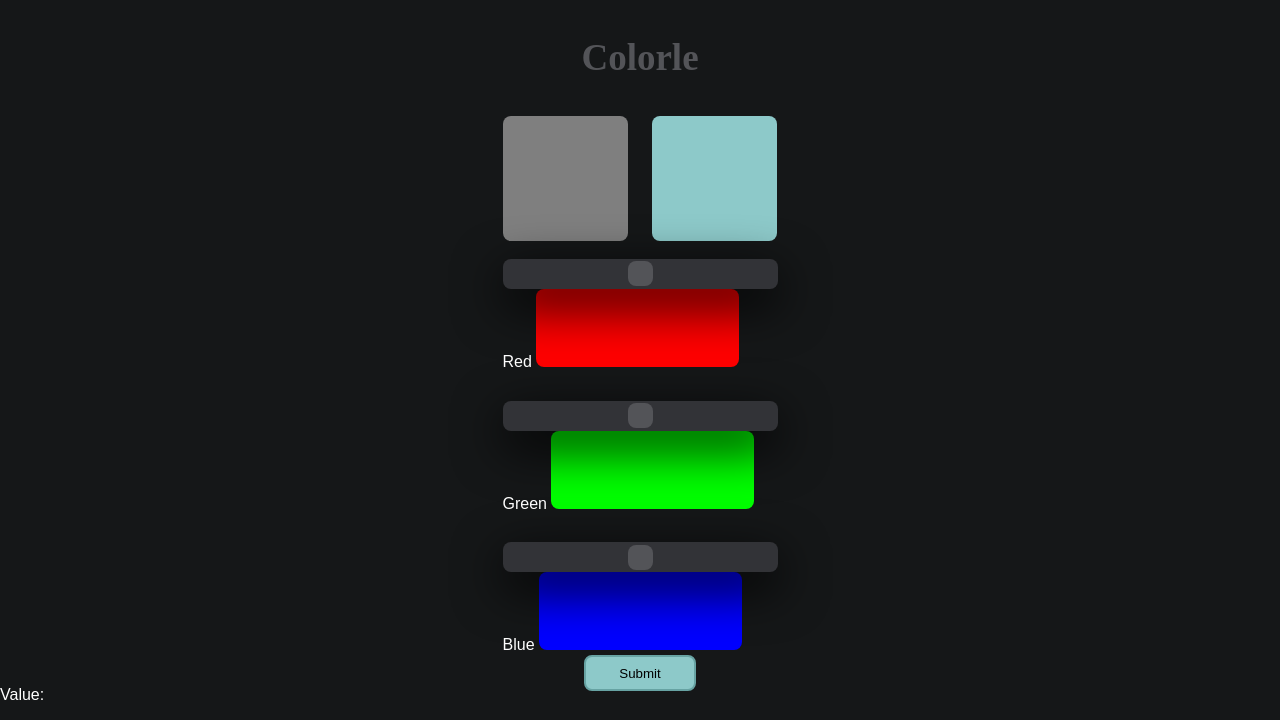
Repository: Artem-Melnik/Colorle
Page: index.html
These files come from the project's save history. The page is drawn as it stood at one moment and after the next save; the edit follows.
The browser window is 1280 px wide. The pictures show the whole page.

Above is the page before, as saved 2022-05-12 19:55:54.

### index.html
<!-- TODO: Change text/icon color -->
<!-- TODO: Represent guess correctness using Linear-style icons -->
<!-- TODO: Replace Colorle text logo with SVG/image due to font problems -->
<!-- TODO: Add textboxes where player can enter exact RGB values -->
<!DOCTYPE html>
<html>
  <head>
    <title>Parcel Sandbox</title>
    <link rel="stylesheet" href="styles.css">
    <meta charset="UTF-8" />
    <meta name="viewport" content="width=device-width" />
  </head>

  <script
    src="https://ajax.googleapis.com/ajax/libs/jquery/3.6.0/jquery.min.js"
    type="text/javascript"
  ></script>
  <script
    src="https://ajax.googleapis.com/ajax/libs/jqueryui/1.13.1/jquery-ui.min.js"
    type="text/javascript"
  ></script>
  <script src="https://unpkg.com/feather-icons"></script>
  <script>
      feather.replace();
    </script>
  <script type="module" src="index.js" type="text/javascript"></script>

  <body>
    <div id="app"></div>
    <div class="topBar">
      <p id="title">Colorle</p>
      <p>
        <button type="button" id="themeToggle">
          <i id="themeIcon" data-feather="sun"></i>
        </button>
      </p>
    </div>

    <div id="topColors">
      <div id="previewAll"></div>
      <div id="correctColor"></div>
    </div>
    <div id="redContainer">
      <input
        type="range"
        min="0"
        max="255"
        value="128"
        class="slider"
        id="sliderRed"
      />
      <p class="currentColor" id="currentRed">Red <span></span></p>
      <div id="previewRed"></div>
    </div>
    <div id="greenContainer">
      <input
        type="range"
        min="0"
        max="255"
        value="128"
        class="slider"
        id="sliderGreen"
      />
      <p class="currentColor" id="currentGreen">Green <span></span></p>
      <div id="previewGreen"></div>
    </div>
    <div id="blueContainer">
      <input
        type="range"
        min="0"
        max="255"
        value="128"
        class="slider"
        id="sliderBlue"
      />
      <p class="currentColor" id="currentBlue">Blue <span></span></p>
      <div id="previewBlue"></div>
    </div>
    <div class="guessText">
      <p>Value: <span id="guessColor"></span></p>
    </div>
    <div class="buttonContainer">
      <button type="button" id="submitButton">Submit</button>
    </div>
  </body>
</html>

### styles.css
body {
  font-family: sans-serif;
  margin: 0;
  background: #151718;
  color: #ffffff;
}

.lightTheme {
  background: #ffffff;
  color: #151718;
}

/* Changes the correctColor gradient to dark/black */
/* .correctColorDark {
  background-image: linear-gradient(
    to bottom,
    rgba(0, 0, 0, 0),
    rgba(0, 0, 0, 1) 100%
  ) !important;
} */

#themeToggle {
  width: 25px;
  height: 25px;
  position: absolute;
  right: 15px;
  top: 15px;
  color: grey;
  background: none;
  border: none;
}

#themeIcon {
  color: grey;
  width: 25px;
  height: 25px;
  transform: scale(1);
  transition: all 0.5s;
}

#themeIcon.animate {
  color: grey;
  transform: scale(0);
}

.transform-active {
  /* background-color: blue;
  animation-name: darkToLight;
  animation-duration: 1s; */
  color: #151718;
}

.transform {
  -webkit-transition: all 2s ease;
  -moz-transition: all 2s ease;
  -o-transition: all 2s ease;
  -ms-transition: all 2s ease;
  transition: all 2s ease;
}

/* @keyframes darkTolight {
  0% {
    color: #ffffff;
  }
  100% {
    color: #151718;
  }
} */

#title {
  justify-content: center;
  font-family: "Asap";
  font-style: normal;
  font-weight: 700;
  font-size: 37px;
  line-height: 42px;
  display: flex;
  align-items: center;
  text-align: center;
  color: #535458;
}

/* #previewId {
  width: 100px;
  height: 100px;
  background-color: var(color);
  border: solid black;
} */

/* correctColor gradient */
/* #correctColor {
  position: absolute;
  top: 0px;
  width: 100%;
  height: 25%;
  background-color: var(color);
  margin: auto;
  background-image: linear-gradient(
    to bottom,
    rgba(255, 255, 255, 0),
    rgba(255, 255, 255, 1) 100%
  );
  z-index: -1;
} */

#topColors {
  width: 275px;
  margin: auto;
}

#correctColor {
  display: inline-block;
  position: relative;
  width: 125px;
  height: 125px;
  border-radius: 8px;
  margin-left: 10px;
}

#previewAll {
  background-color: rgb(127, 127, 127);
  display: inline-block;
  position: relative;
  width: 125px;
  height: 125px;
  border-radius: 8px;
  order: 1;
  margin-right: 10px;
}

#redContainer,
#greenContainer,
#blueContainer {
  display: auto;
  justify-content: center;
  margin: auto;
  width: 275px;
}

#sliderRed,
#sliderGreen,
#sliderBlue {
  display: block;
  -webkit-appearance: none;
  -moz-appearance: none;
  appearance: none;
  background: #323337;
  width: 275px;
  height: 30px;
  top: 100px;
  border-radius: 8px;
  margin: auto;
  margin-top: 5%;
  filter: drop-shadow(0px 15px 25px #000000);
}

#sliderRed::-webkit-slider-thumb,
#sliderGreen::-webkit-slider-thumb,
#sliderBlue::-webkit-slider-thumb {
  -webkit-appearance: none;
  appearance: none;
  width: 25px;
  height: 25px;
  background: #535458;
  cursor: pointer;
  border-radius: 8px;
}

#currentRed,
#currentGreen,
#currentBlue {
  display: inline-block;
}

#previewRed,
#previewGreen,
#previewBlue {
  display: inline-block;
  position: relative;
  width: 203px;
  height: 78px;
  /* background-color: var(color); */
  /* border: solid black; */
  border-radius: 8px;
  margin: auto;
  z-index: -1;
}

#previewRed {
  background-color: rgb(255, 0, 0);
}

#previewGreen {
  background-color: rgb(0, 255, 0);
}

#previewBlue {
  background-color: rgb(0, 0, 255);
}

.buttonContainer {
  display: flex;
  justify-content: center;
}

#submitButton {
  position: fixed;
  width: 112px;
  height: 36px;
  bottom: 4%;
  border: 2px solid;
  border-radius: 8px;
}

### index.js
// document.getElementById("sliderRange").innerHTML = `
// <div class="slidercontainer"></div>
// `;
// var root = document.querySelector(":root");
// var slider = document.getElementById("sliderRange");
// // Change "demo" to something else?
// var sliderRange = document.getElementById("demo");
// sliderRange.innerHTML = slider.value;
let correctRed = "141";
let correctGreen = "201";
let correctBlue = "201";

let red;
let green;
let blue;
// TODO: Split correctRGB into 3 seperate colors
let correctRgb =
  "rgb(" + correctRed + ", " + correctGreen + ", " + correctBlue + ")";

function changeColor() {
  red = document.getElementById("sliderRed").value;
  green = document.getElementById("sliderGreen").value;
  blue = document.getElementById("sliderBlue").value;

  document.getElementById("previewRed").style.backgroundColor =
    "rgb(" + red + ", 0, 0)";
  document.getElementById("previewGreen").style.backgroundColor =
    "rgb(0," + green + ", 0)";
  document.getElementById("previewBlue").style.backgroundColor =
    "rgb(0, 0," + blue + ")";

  document.getElementById("currentRed").textContent = red;
  document.getElementById("currentGreen").textContent = green;
  document.getElementById("currentBlue").textContent = blue;
}

// Shows guess color when submit button is clicked
// Also checks how close the guess is to the correct color
function onSubmit() {
  document.getElementById("previewAll").style.backgroundColor =
    "rgb(" + red + ", " + green + ", " + blue + ")";
  document.getElementById("guessColor").textContent =
    "rgb(" + red + ", " + green + ", " + blue + ")";

  // Check if guess is correct
  if (red === correctRed) {
    alert("Red: SS");
  }
  else if (red > correctRed - 6 && red < correctRed + 6) {
    alert("Red: S");
  } else if (red > correctRed - 12 && red < correctRed + 12) {
      alert("Red: A");
    } else if (red > correctRed - 24 && red < correctRed + 24) {
      alert("Red: B");
    }
  else if (green === correctGreen) {
    alert("Green is correct!");
  } else {
    alert("Green is incorrect!");
  }
  if (blue === correctBlue) {
    alert("Blue is correct!");
  } else {
    alert("Blue is incorrect!");
  }

  // if ("rgb(" + red + "," + green + "," + blue + ")" === "rgb(141,201,201)") {
  //   alert("Correct!");
  // }
}

$("#themeToggle").click(function () {
  $("#themeIcon").toggleClass("animate");
});

function themeSwitch() {
  document.body.classList.toggle("lightTheme");
  document.getElementById("correctColor").classList.toggle("correctColorDark");
}

document.getElementById("correctColor").style.backgroundColor = correctRgb;
document.getElementById("submitButton").style.backgroundColor = correctRgb;
document.getElementById("submitButton").style.borderColor =
  "rgb(" +
  (correctRed - 38) +
  ", " +
  (correctGreen - 38) +
  ", " +
  (correctBlue - 38) +
  ")";

document.getElementById("sliderRed").addEventListener("input", changeColor);
document.getElementById("sliderGreen").addEventListener("input", changeColor);
document.getElementById("sliderBlue").addEventListener("input", changeColor);
document.getElementById("submitButton").addEventListener("click", onSubmit);
document.getElementById("themeToggle").addEventListener("click", themeSwitch);

// Plugs in sliderRange for green in RGB
// Outputs the value of the slider
// slider.oninput = function () {
//   sliderRange.innerHTML = this.value;
//   root.style.setProperty("--green", sliderRange);
//   alert(sliderRange);
// };

After the next save:
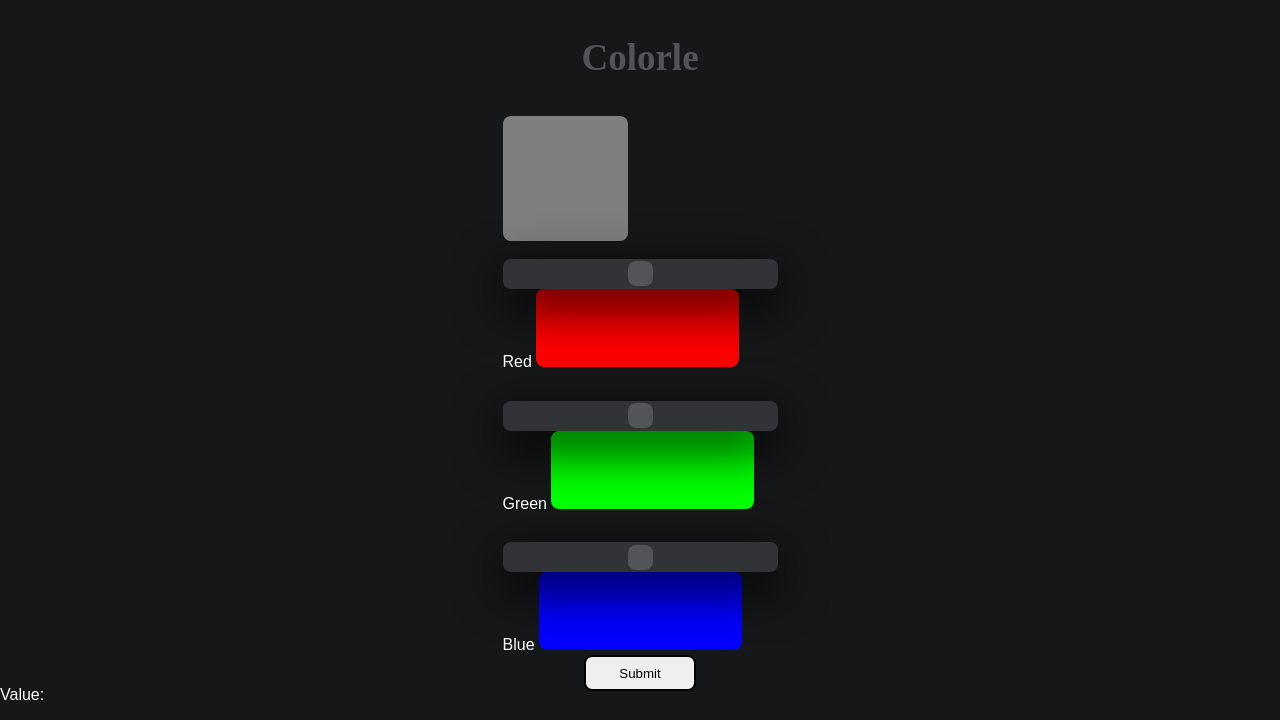
Console error: SyntaxError: Unexpected token 'else'
Saved 2 min 10 s later.
--- a/index.js
+++ b/index.js
@@ -45,13 +45,16 @@
   // Check if guess is correct
   if (red === correctRed) {
     alert("Red: SS");
-  }
-  else if (red > correctRed - 6 && red < correctRed + 6) {
-    alert("Red: S");
+  } else if (red > correctRed - 6 && red < correctRed + 6) {
+     alert("Red: S");
   } else if (red > correctRed - 12 && red < correctRed + 12) {
       alert("Red: A");
     } else if (red > correctRed - 24 && red < correctRed + 24) {
       alert("Red: B");
+    } else if (red > correctRed - 48 && red < correctRed + 48) {
+      alert("Red: C");
+    } else {
+      alert("Red: D");
     }
   else if (green === correctGreen) {
     alert("Green is correct!");

After the 3 saves that followed:
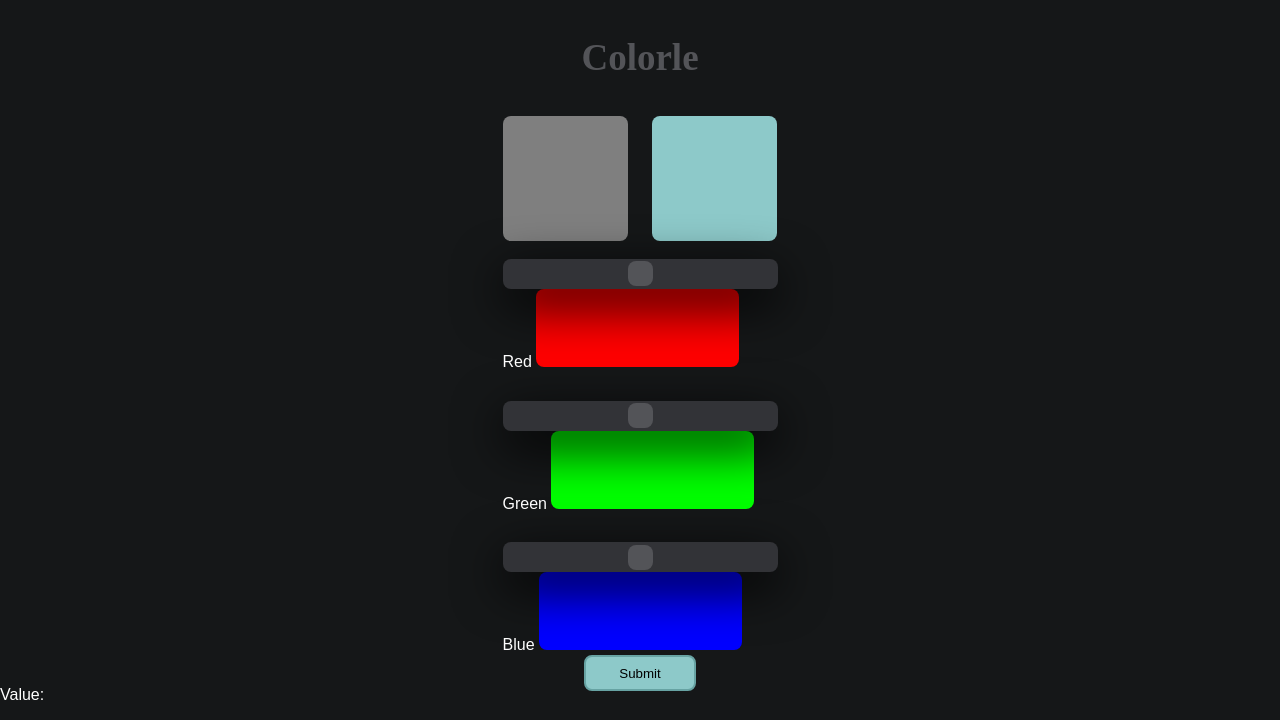
The error is gone.
The 3 saves are shown as one change because 2 left the picture as it was.
The last was saved 3 min 14 s later.
--- a/index.js
+++ b/index.js
@@ -43,24 +43,36 @@
     "rgb(" + red + ", " + green + ", " + blue + ")";
 
   // Check if guess is correct
-  if (red === correctRed) {
-    alert("Red: SS");
-  } else if (red > correctRed - 6 && red < correctRed + 6) {
-     alert("Red: S");
-  } else if (red > correctRed - 12 && red < correctRed + 12) {
-      alert("Red: A");
-    } else if (red > correctRed - 24 && red < correctRed + 24) {
-      alert("Red: B");
-    } else if (red > correctRed - 48 && red < correctRed + 48) {
-      alert("Red: C");
-    } else {
-      alert("Red: D");
-    }
-  else if (green === correctGreen) {
-    alert("Green is correct!");
-  } else {
-    alert("Green is incorrect!");
-  }
+if (red === correctRed) {
+  alert("Red: SS");
+} else if (red > correctRed - 6 && red < correctRed + 6) {
+  alert("Red: S");
+} else if (red > correctRed - 12 && red < correctRed + 12) {
+  alert("Red: A");
+} else if (red > correctRed - 24 && red < correctRed + 24) {
+  alert("Red: B");
+} else if (red > correctRed - 48 && red < correctRed + 48) {
+  alert("Red: C");
+} else {
+  alert("Red: D");
+}
+// Does same thing as red check but for green
+if (green === correctGreen) {
+  alert("Green: SS");
+}
+else if (green > correctGreen - 6 && green < correctGreen + 6) {
+  alert("Green: S");
+}
+else if (green > correctGreen - 12 && green < correctGreen + 12) {
+  alert("Green: A");
+}
+else if (green > correctGreen - 24 && green < correctGreen + 24) {
+  alert("Green: B");
+} else if (green > correctGreen - 48 && green < correctGreen + 48) {
+  alert("Green: C");
+} else {
+  alert("Green: D");
+}
   if (blue === correctBlue) {
     alert("Blue is correct!");
   } else {
